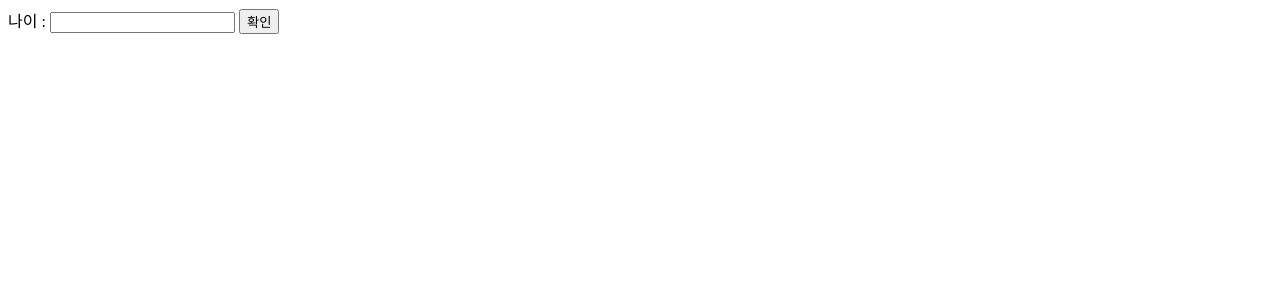
Repository: mickey530/jsp_practice
Page: http://localhost/JSPBasic/JspObject/2.response/res_basic.jsp
These files come from the project's save history. The page is drawn as it stood at one moment and after the next save; the edit follows.
The browser window is 1280 px wide. The pictures show the whole page.
The page is served by Tomcat 9.

Above is the page before, as saved 2022-02-04 02:47:53.

### JSPBasic/src/main/webapp/JspObject/2.response/res_basic.jsp
<%@ page language="java" contentType="text/html; charset=UTF-8"
    pageEncoding="UTF-8"%>
<!DOCTYPE html>
<html>
<head>
<meta charset="UTF-8">
<title>Insert title here</title>
</head>
<body>
	<!-- form 태그를 하나 만들어주세요.
	목적지는 res_check.jsp 이고, method는 get방식입니다.
	input 태그로 나이를 입력받고, 제출버튼에는 "확인"이라고 적혀있습니다. -->
	<form action="res_check.jsp" method="get">
		나이 : <input type="number" name="age">
		<input type="submit" value="확인">
	</form>
</body>
</html>

After the next save:
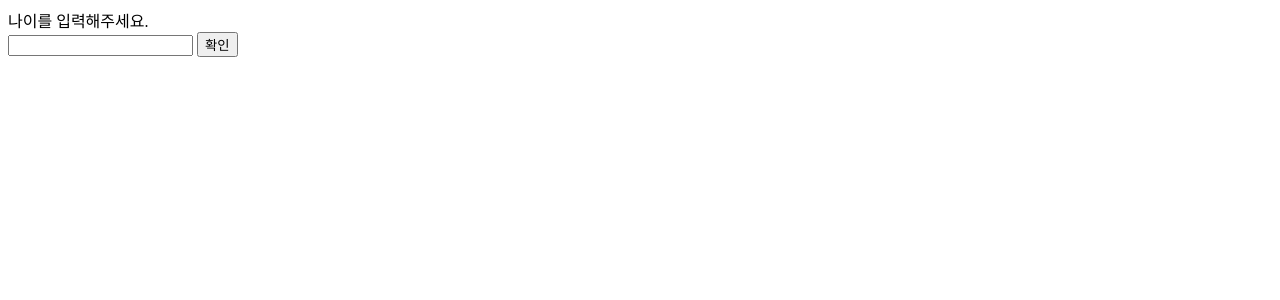
Saved 3 min 4 s later.
--- a/JSPBasic/src/main/webapp/JspObject/2.response/res_basic.jsp
+++ b/JSPBasic/src/main/webapp/JspObject/2.response/res_basic.jsp
@@ -11,7 +11,8 @@
 	목적지는 res_check.jsp 이고, method는 get방식입니다.
 	input 태그로 나이를 입력받고, 제출버튼에는 "확인"이라고 적혀있습니다. -->
 	<form action="res_check.jsp" method="get">
-		나이 : <input type="number" name="age">
+		나이를 입력해주세요.<br/>
+		<input type="number" name="age">
 		<input type="submit" value="확인">
 	</form>
 </body>
